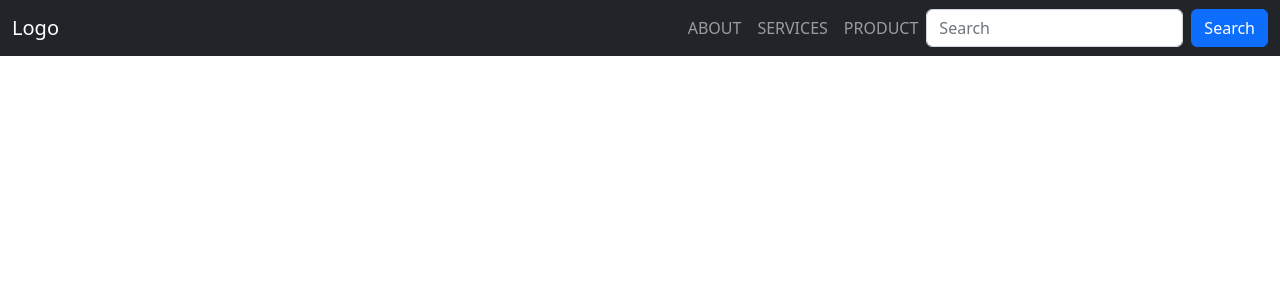
Repository: nourHellani/Buckler
Page: index.html
These files come from the project's save history. The page is drawn as it stood at one moment and after the next save; the edit follows.
The browser window is 1280 px wide. The pictures show the whole page.

Above is the page before, as saved 2023-02-13 10:55:12.

After the next save:
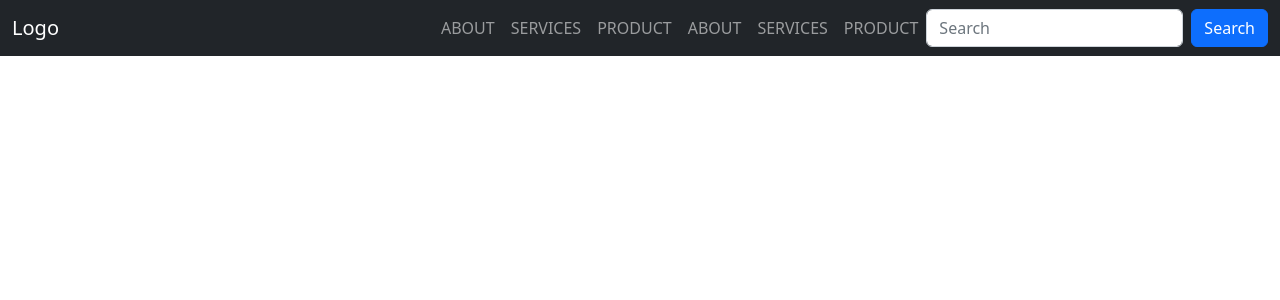
Saved 10 s later.
--- a/index.html
+++ b/index.html
@@ -29,6 +29,15 @@
                       <li class="nav-item">
                         <a class="nav-link" href="javascript:void(0)">PRODUCT</a>
                       </li>
+                      <li class="nav-item">
+                        <a class="nav-link" href="javascript:void(0)">ABOUT</a>
+                      </li>
+                      <li class="nav-item">
+                        <a class="nav-link" href="javascript:void(0)">SERVICES</a>
+                      </li>
+                      <li class="nav-item">
+                        <a class="nav-link" href="javascript:void(0)">PRODUCT</a>
+                      </li>
                     </ul>
               <input class="form-control me-2" type="text" placeholder="Search">
               <button class="btn btn-primary" type="button">Search</button>
